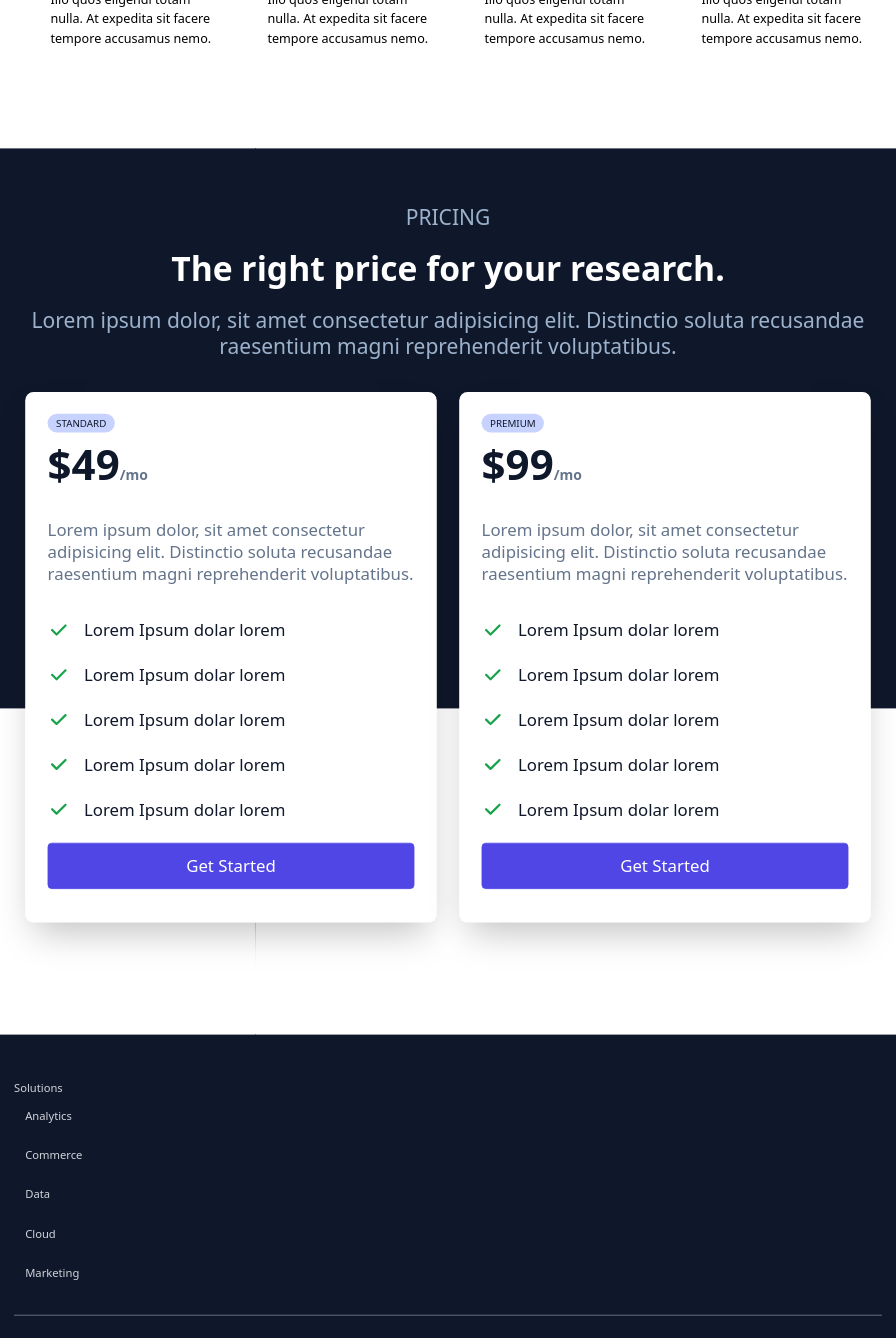
Repository: adrcstro/react-project-2
Page: /
These files come from the project's save history. The page is drawn as it stood at one moment and after a run of saves; the edit follows.
The browser window is 1280 px wide. The pictures show the part of the page from y = 2790 to 4710 px (the page is 4702 px tall before and 4710 px after), at 70% of full size.
The project was rebuilt for these pictures with package versions that can differ from the ones it lists, and the page was loaded fresh each time.

Above is the page before, as saved 2024-08-16 08:21:38.

After the next 3 saves:
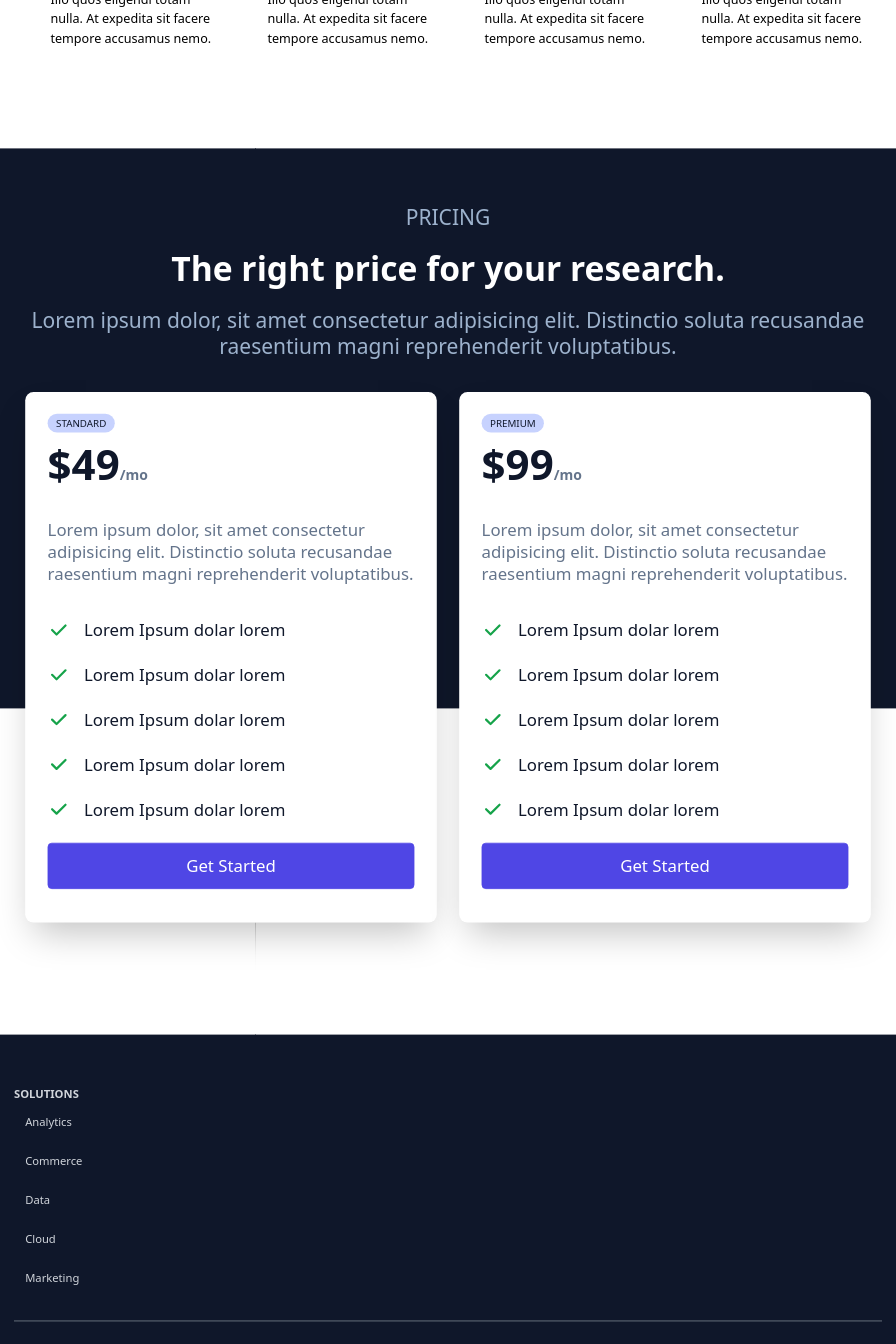
The 3 saves are shown as one change because they came seconds apart.
The last was saved 26 s later.
--- a/src/components/Footer.jsx
+++ b/src/components/Footer.jsx
@@ -14,7 +14,7 @@ function Footer() {
     <div className='w-full mt-24 bg-slate-900 text-gray-300 py-8 px-2'>
         <div className='max-w-[1240px] mx-auto grid md:grid-cols-6 border-b-2 border-gray-600 py-8'>
             <div>
-                <h6>Solutions</h6>
+                <h6 className='font-bold uppercase pt-2'>Solutions</h6>
                 <ul>
                      <li>Analytics</li>
                      <li>Commerce</li>
